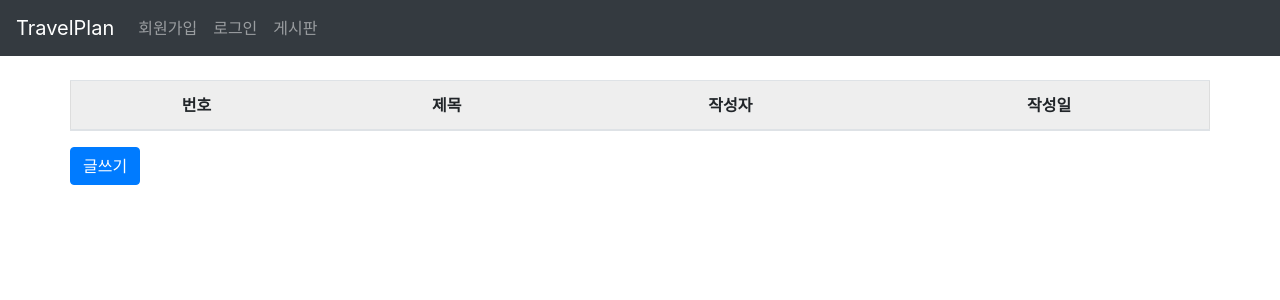
Repository: sna145815/Travel_v1
Page: http://localhost/Travel_v1/board?cmd=getlist
These files come from the project's save history. The page is drawn as it stood at one moment and after the next save; the edit follows.
The browser window is 1280 px wide. The pictures show the whole page.
The page is served by Tomcat 9. Queries for data that is not in the repository find no rows.

Above is the page before, as saved 2022-11-04 09:18:13.

After the next save:
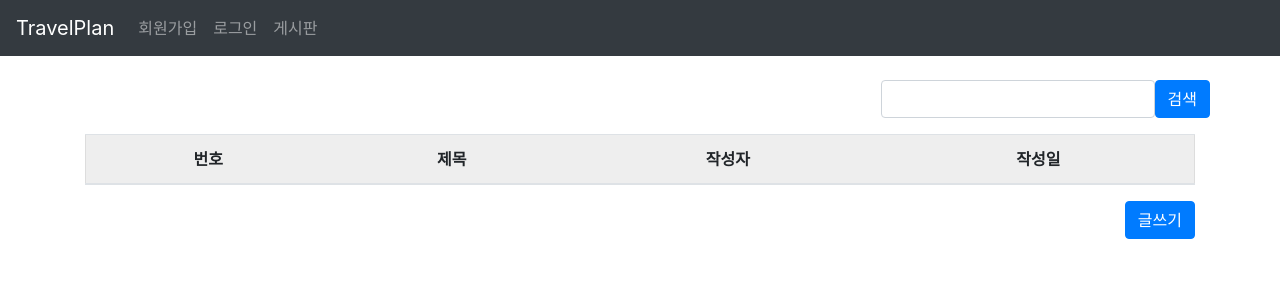
Saved 80 s later.
--- a/Travel_v1/src/main/webapp/WEB-INF/view/board.jsp
+++ b/Travel_v1/src/main/webapp/WEB-INF/view/board.jsp
@@ -10,8 +10,15 @@
 </head>
 <body>
 <div class="container">
-		<div class="row">
-			<table class="table table-striped" style="text-align: center; border: 1px solid #dddddd">
+<div class="form-group row pull-right" style="float: right;" >
+		<div class="col-xs-8">
+			<input class="form-control" type="text" size="20">
+		</div>
+		<div class="col-xs-2">
+			<button class="btn btn-primary" type="button">검색</button>
+		</div>
+	</div>
+<table class="table" style="text-align: center; border: 1px solid #dddddd">
 				<thead>
 					<tr>
 						<th style="background-color: #eeeeee; text-align: center;">번호</th>
@@ -31,9 +38,11 @@
 					</c:forEach>
 				</tbody>
 			</table>
-			<a href="write.jsp" class="btn btn-primary pull-right">글쓰기</a>
-		</div>
-	</div>
+
+<div style="float: right;">
+<a href="write.jsp" class="btn btn-primary pull-right">글쓰기</a>
+</div>
+</div>
 
 </body>
 </html>
